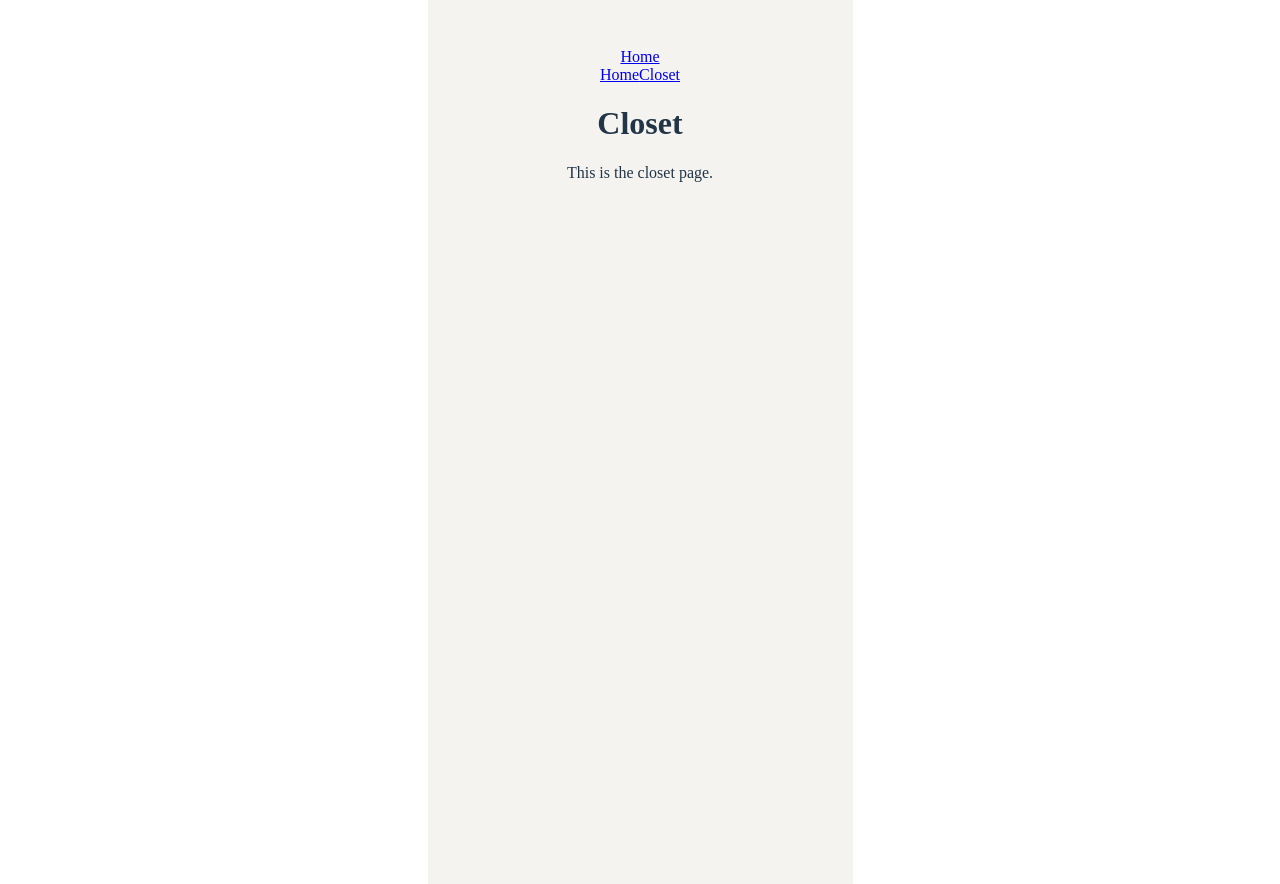
Repository: Strawb3rryjam/app-slotion
Page: /Closet
An editor plug-in stored every save of this project. The page is shown before and after the next save, followed by the edit.
The browser window is 1280 px wide. The pictures show the whole page.
The project was rebuilt for these pictures with package versions that can differ from the ones it lists, and the page was loaded fresh each time. Also part of the build but not shown: vite.config.js, src/css/NavBar.module.css. Imported but missing from the stored project, and not drawn on this page: src/pages/Home.

Above is the page before, as saved 2025-05-05 08:38:17.

### src/main.jsx
import { StrictMode } from 'react'
import { createRoot } from 'react-dom/client'
import './index.css'

import { BrowserRouter } from 'react-router-dom'
import App from './App.jsx'

createRoot(document.getElementById('root')).render(
  <StrictMode>
    <BrowserRouter>
      <App />
    </BrowserRouter>
  </StrictMode>
)

### src/index.css
:root {
  color: rgba(255, 255, 255, 0.87);
}

body{
  width: 393px;
  min-height: 852px;
  padding: 16px;
  margin: 0 auto;
  background-color: #F5F3EF;
}


@media (prefers-color-scheme: light) {
  :root {
    color: #213547;
    background-color: #ffffff;
  }
  a:hover {
    color: #747bff;
  }
  button {
    background-color: #f9f9f9;
  }
}

### src/App.jsx
import './App.css'
import Home from './pages/Home'
import Closet from './pages/Closet'
import {Routes, Route} from 'react-router-dom'
import NavBar from './components/NavBar'


function App() {
  return (
    <div>
      <NavBar />
      <main className = "main-content">
        <Routes>
          <Route path = "/" element = {<Home />} />
          <Route path = "/closet" element = {<Closet />} />
        </Routes>
      </main>
    </div>

  )
}

export default App

### src/pages/Closet.jsx

function Closet() {
  return (
    <div>
      <h1>Closet</h1>
      <p>This is the closet page.</p>
    </div>
  );
}

export default Closet;

### src/components/NavBar.jsx
import { Link } from "react-router-dom";
import "../css/NavBar.module.css";

function NavBar() {
    return <nav className="navbar">
        <div className = "navbar-brand">
            <Link to = "/">Home</Link>
        </div>
        <div className = "navbar-links">
            <Link to = "/">Home</Link>
            <Link to = "/closet">Closet</Link>
       </div>
    </nav>
}

export default NavBar;

Loaded but not shown: index.html (common file); src/App.css (common file)

After the next save:
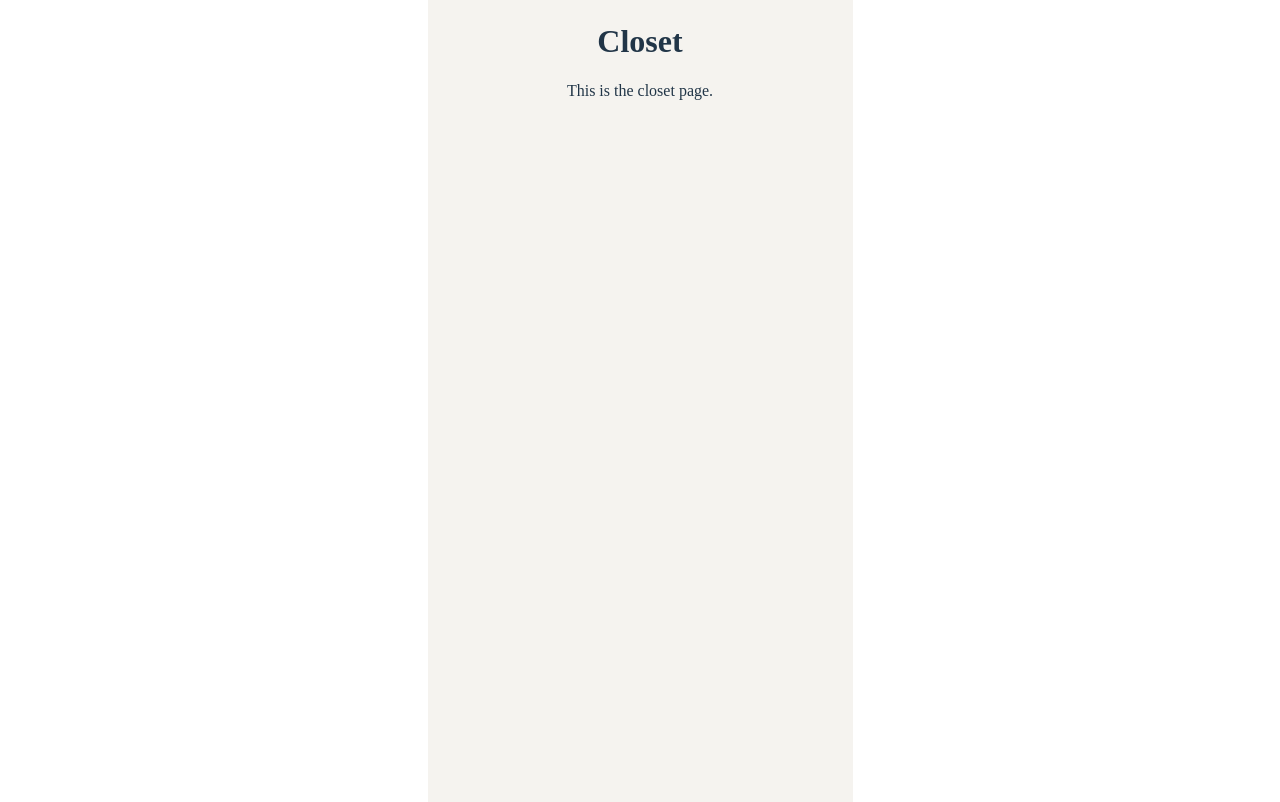
Saved 62 s later.
--- a/src/index.css
+++ b/src/index.css
@@ -8,6 +8,15 @@ body{
   padding: 16px;
   margin: 0 auto;
   background-color: #F5F3EF;
+}
+
+
+html {
+  height: 100%;
+  display: flex;
+  align-items: center;       /* vertical center */
+  justify-content: center;   /* horizontal center */
+  background-color: #DADADA; /* this is the background around your app */
 }
 
 
